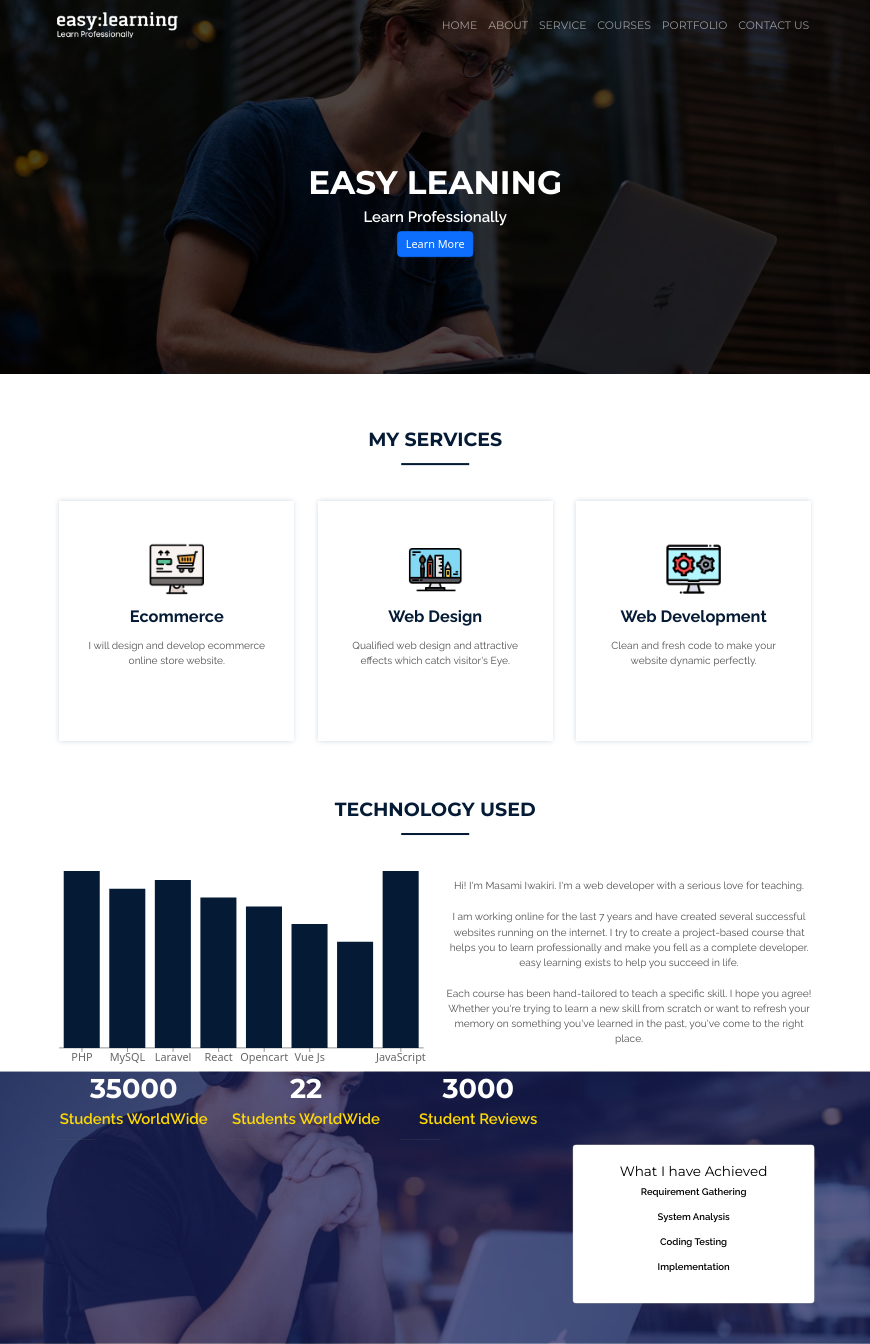
Repository: masamichan/free_video_app
Page: /
An editor plug-in stored every save of this project. The page is shown before and after the next save, followed by the edit.
The browser window is 1280 px wide. The pictures show the whole page, at 68% of full size.
Backgrounds fixed to the window are drawn as part of the page. The project was rebuilt for these pictures with package versions that can differ from the ones it lists, and the page was loaded fresh each time.

Above is the page before, as saved 2023-01-29 14:14:52.

After the next save:
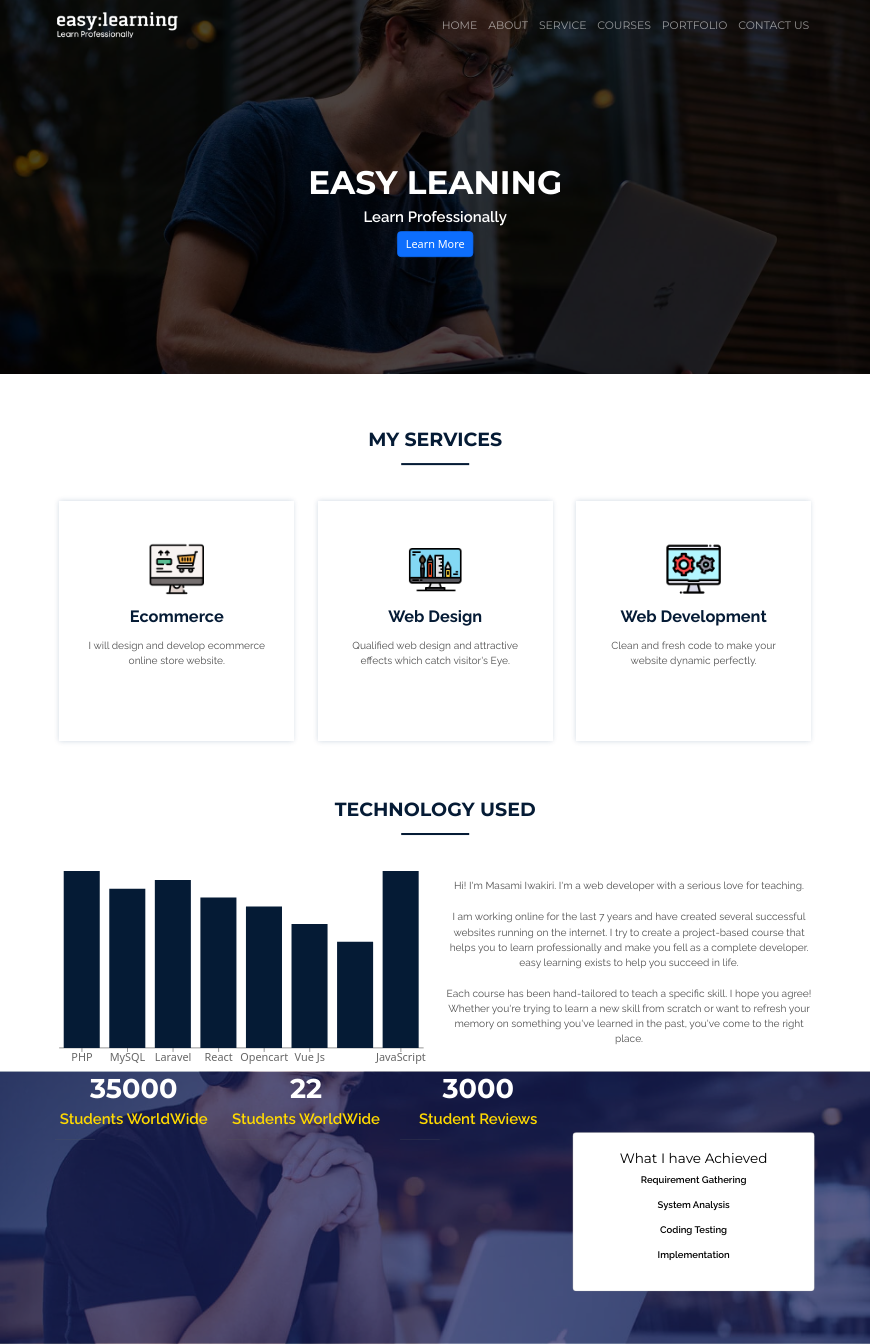
Saved 33 s later.
--- a/src/asset/css/custom.css
+++ b/src/asset/css/custom.css
@@ -182,7 +182,7 @@
 }
 
 .workCard {
-  margin-top: 30%;
+  margin-top: 25%;
   padding: 10px 10px 10px 10px;
   border-radius: 3px;
 }
